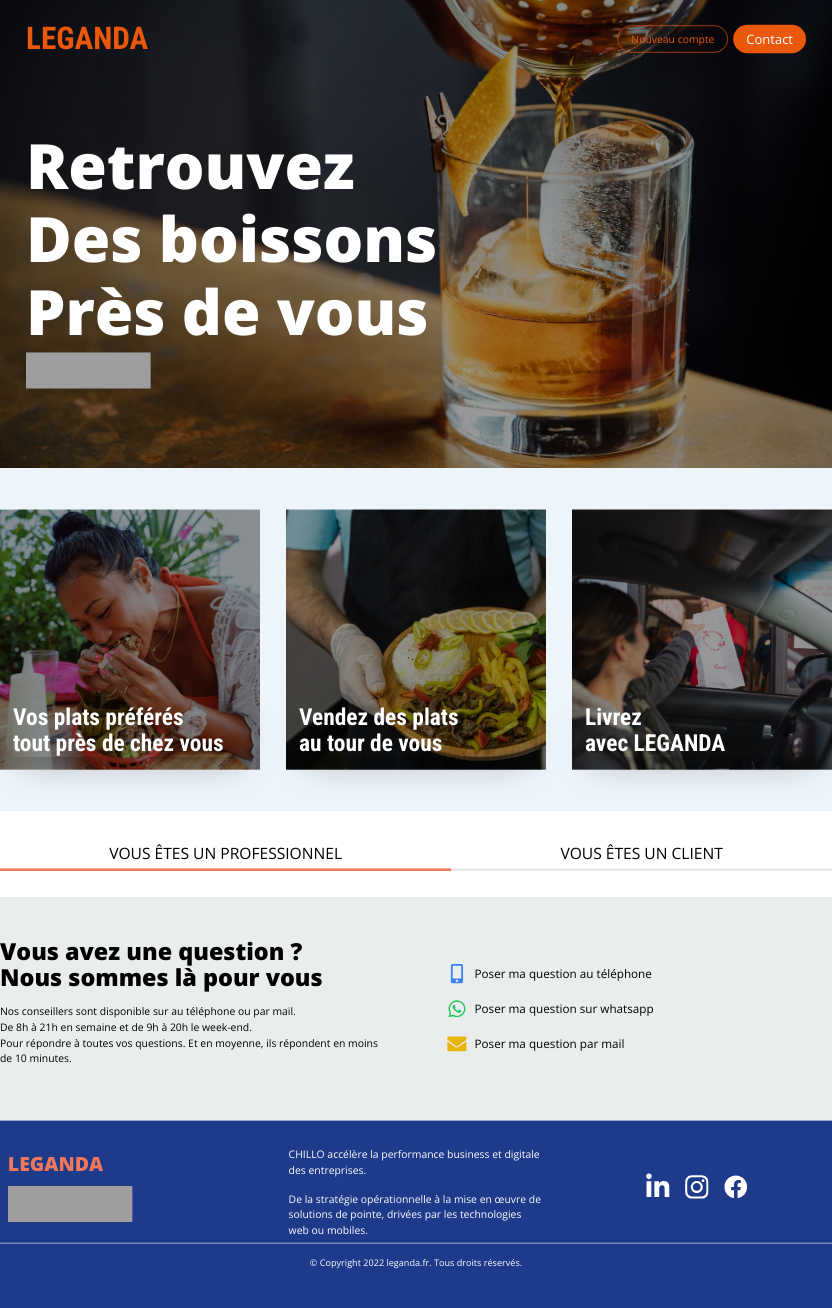
Repository: chillo-tech/website-leganda
Page: /
These files come from the project's save history. The page is drawn as it stood at one moment and after a run of saves; the edit follows.
The browser window is 1280 px wide. The pictures show the whole page, at 65% of full size.
Pictures or frames that could not be fetched are drawn as grey boxes. The project was rebuilt for these pictures with package versions that can differ from the ones it lists, and the page was loaded fresh each time. Some packages were replaced by stand-ins written for this rebuild. The framework's server and built-in components were replaced by stand-ins that run in the browser. Also part of the build but not shown: next.config.js, components/header/items/SearchBar.tsx.

Above is the page before, as saved 2023-02-09 11:47:53.

After the next 3 saves:
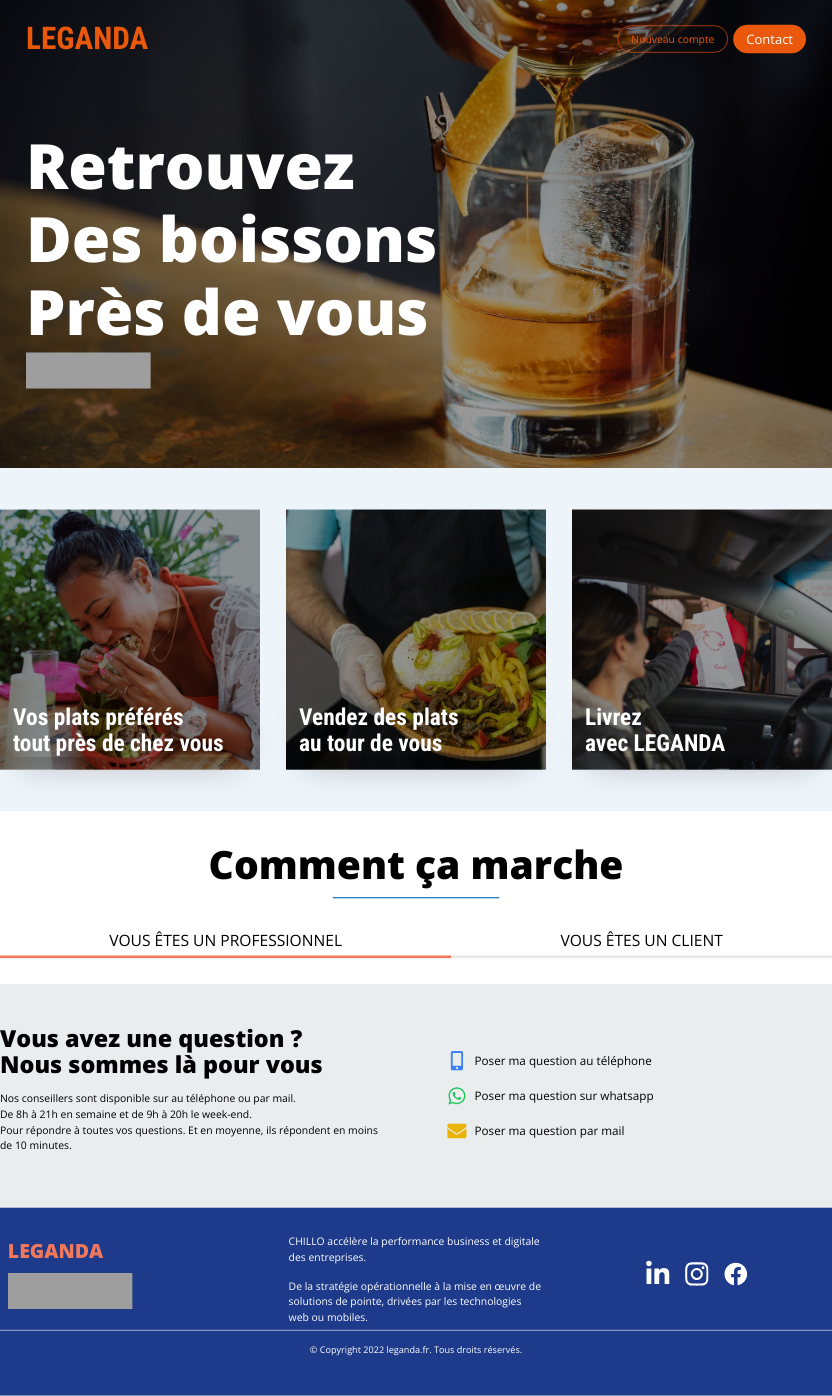
The 3 saves are shown as one change because they came seconds apart.
The last was saved 44 s later.
--- a/components/tabs/index.tsx
+++ b/components/tabs/index.tsx
@@ -1,5 +1,6 @@
 import classNames from 'classnames';
 import React, { useState } from 'react'
+import SectionTitle from '../shared/SectionTitle';
 
 function Tabs({items}: any) {
   const [activeTab, setActiveTab] = useState("tab-0");
@@ -8,7 +9,7 @@
   }
   return (
     <section className='container px-3 md:px-0 py-10'>
-
+      <SectionTitle text='Comment ça marche' />
       <ul className='flex justtify-center items-center'>
         {items.map((item: any, index: number) => (
           <li key={`tab-${index}`} className={classNames('grow border-b-4',{ 'bg-white border-app-orange': activeTab === `tab-${index}` })}>
